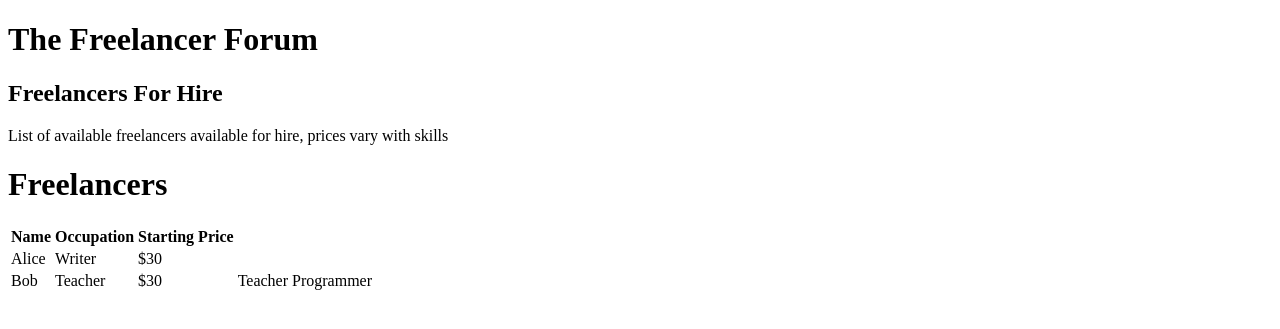
Repository: MelindaN14/Unit2.FreelancerForum
Page: forum/app.html
An editor plug-in stored every save of this project. The page is shown before and after the next save, followed by the edit.
The browser window is 1280 px wide. The pictures show the whole page.

Above is the page before, as saved 2024-04-10 21:28:22.

After the next save:
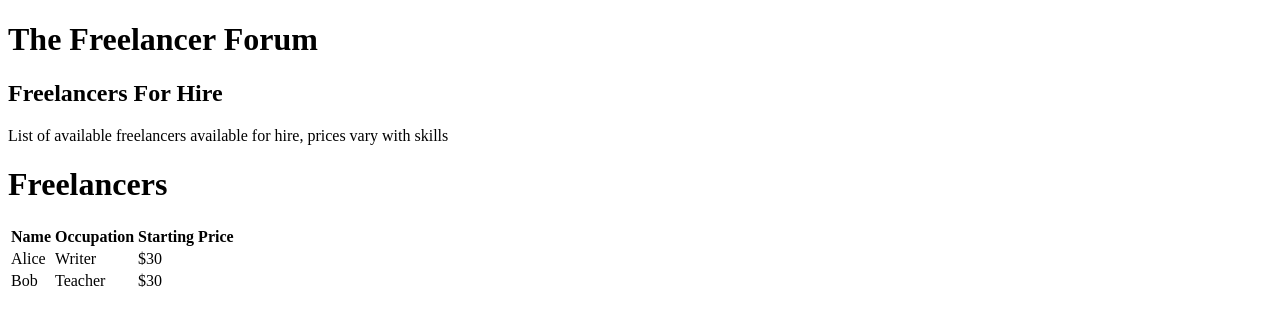
Saved 33 s later.
--- a/forum/app.html
+++ b/forum/app.html
@@ -29,8 +29,6 @@
    <td>Bob</td>
    <td>Teacher</td>
    <td>$30</td>
-   <td>Teacher</td>
-   <td>Programmer</td>
  </tr>
       </tr>
     </table>
